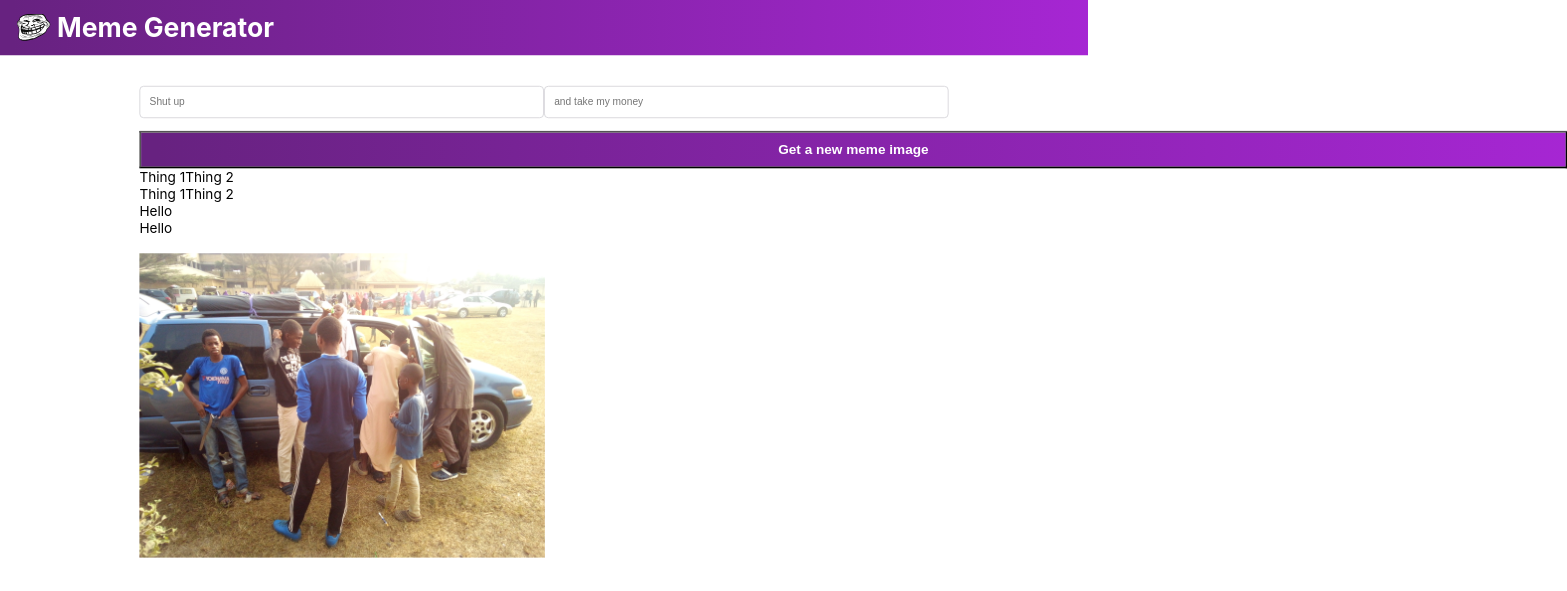
Repository: BuduCE/meme-generator
Page: /
An editor plug-in stored every save of this project. The page is shown before and after a run of saves, followed by the edit.
The browser window is 1280 px wide. The page is 1844 px wide, so the pictures cover 1844 px, including what lies to the right of the window. The pictures show the whole page, at 85% of full size.
The project was rebuilt for these pictures with package versions that can differ from the ones it lists, and the page was loaded fresh each time.

Above is the page before, as saved 2022-08-31 12:21:04.

### src/index.css
*{
  box-sizing: border-box;
  margin: 0;
  padding: 0;
}
body {
  margin: 0;
  font-family: -apple-system, BlinkMacSystemFont, 'Segoe UI', 'Roboto', 'Oxygen',
    'Ubuntu', 'Cantarell', 'Fira Sans', 'Droid Sans', 'Helvetica Neue',
    sans-serif;
  -webkit-font-smoothing: antialiased;
  -moz-osx-font-smoothing: grayscale;
}

code {
  font-family: source-code-pro, Menlo, Monaco, Consolas, 'Courier New',
    monospace;
}

### src/App.js
import './App.css';
import Meme from './components/Meme';
import Title from './components/Title';

function App() {

  return (
    <div className="App">
      <Title />
      <Meme />
    </div>
  );
}

export default App;

### src/components/Meme/index.jsx
import React from 'react'
import './styles.css'
import image from './image.jpg'
// import memesData from '../../memesData'

const Meme = () => {
    // const displayUrl =()=>{
    //     const memes = memesData.data.memes
    //     const urlLen = Math.floor(Math.random() * memes.length)
    //     const urlAddress = memes[urlLen].url
    //     alert(urlAddress)
    // }

    const thingsArray = ['Thing 1', 'Thing 2']

    const displayThings = () => {
        const newText = `Thing ${thingsArray.length + 1}`
        thingsArray.push(newText)
        console.log(thingsArray)
    }

    const thingsElement = thingsArray.map( thing => <p key={thing}>{thingsArray}</p>)

    const result = React.useState('Hello')
    const toBeDisplayed = result.map(toBe => <p key={toBe}>{result}</p>)
  return (
    <div className='form'>
        <div className="meme-txt">
            <input type="text" placeholder='Shut up' className='meme-input'/>
            <input type="text" placeholder='and take my money' className='meme-input'/>
        </div>

        <button className='meme-btn' onClick={displayThings}>Get a new meme image</button>

        {thingsElement}

        {toBeDisplayed}

        <img src={image} alt="" />
    </div>
  )
}

export default Meme

### src/components/Title/index.jsx
import './styles.css'
import TrollFace from './TrollFace.svg'

const Title = () => {
  return (
    <div className='Title'>
        <img src={TrollFace} alt="" />
        <h2>Meme Generator</h2>
    </div>
  )
}

export default Title

### src/components/Meme/styles.css
.form{
    padding: 36px;
    width: 80%;
    margin: auto;
}
.meme-txt{
    display: flex;
    justify-content: space-between;
    margin-bottom: 15px;
}
.meme-input{
    padding: 11px;
    font-size: 0.75rem;
    font-weight: 400;
    /* width: 14.375rem; */
    width: 40rem;
    border: 1px solid #D5D4D8;
    border-radius: 5px;
}
.meme-btn{
    /* width: 29.8rem; */
    width: 105rem;
    margin: auto;
    padding: 11px;
    color: #fff;
    font-size: 1rem;
    font-weight: 700;
    background: linear-gradient(90deg, #672280 1.18%, #A626D3 100%);
}
.form > img{
    width: 477px;
    margin: auto;
    margin-top: 20px;
}

### src/components/Title/styles.css
.Title{
    height: 65px;
    padding: 20px;
    background: linear-gradient(90deg, #672280 1.18%, #A626D3 100%);
    display: flex;
    align-items: center;
    font-size: 1.3rem;
    font-weight: 700;
    color: #fff;
}
.Title > img{
    width: 2.5rem;
    margin-right: 7px;
}

Loaded but not shown: public/index.html (common file); src/index.js (common file); src/reportWebVitals.js (common file); src/App.css (common file)

After the next 4 saves:
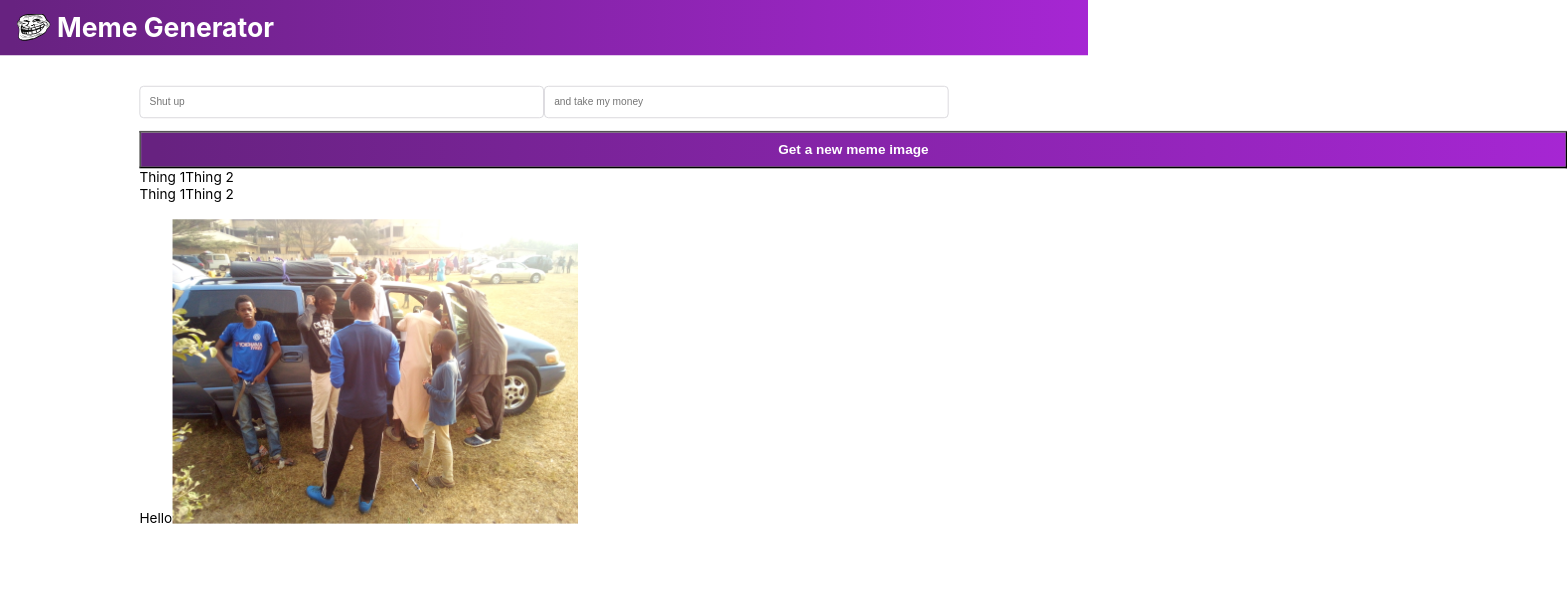
The 4 saves are shown as one change because 1 did not build or start and some came seconds apart.
The last was saved 71 s later.
--- a/src/components/Meme/index.jsx
+++ b/src/components/Meme/index.jsx
@@ -22,7 +22,6 @@ const Meme = () => {
     const thingsElement = thingsArray.map( thing => <p key={thing}>{thingsArray}</p>)
 
     const result = React.useState('Hello')
-    const toBeDisplayed = result.map(toBe => <p key={toBe}>{result}</p>)
   return (
     <div className='form'>
         <div className="meme-txt">
@@ -34,7 +33,7 @@ const Meme = () => {
 
         {thingsElement}
 
-        {toBeDisplayed}
+        {result[0]}
 
         <img src={image} alt="" />
     </div>
